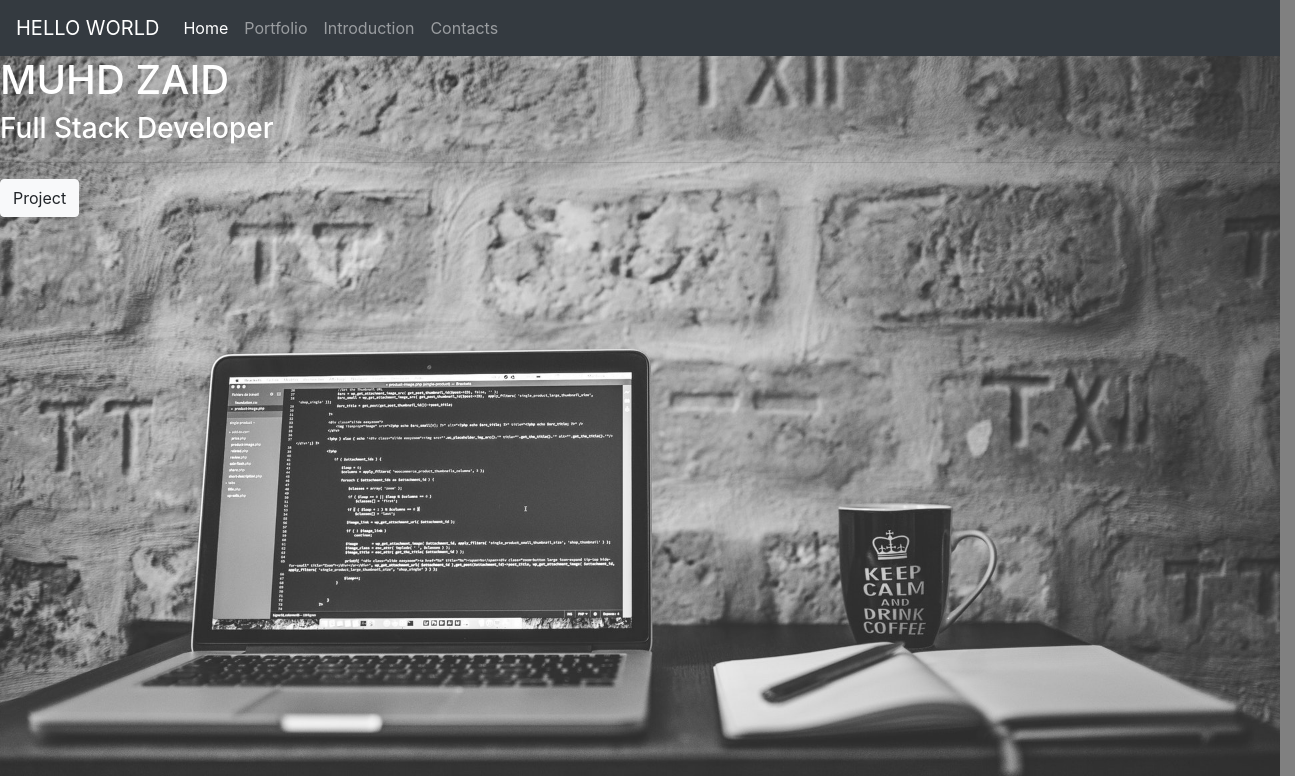
Repository: Code-Institute-Submissions/Zaidcoll-Project1
Page: index.html
The author's editor kept a record of every edit. The page is drawn from the files as they stood at one moment, then again after the next edit.
The browser window is 1280 px wide. The page is 1295 px wide, so the pictures cover 1295 px, including what lies to the right of the window. The pictures show the whole page.

Above is the page before.

After the next edit:
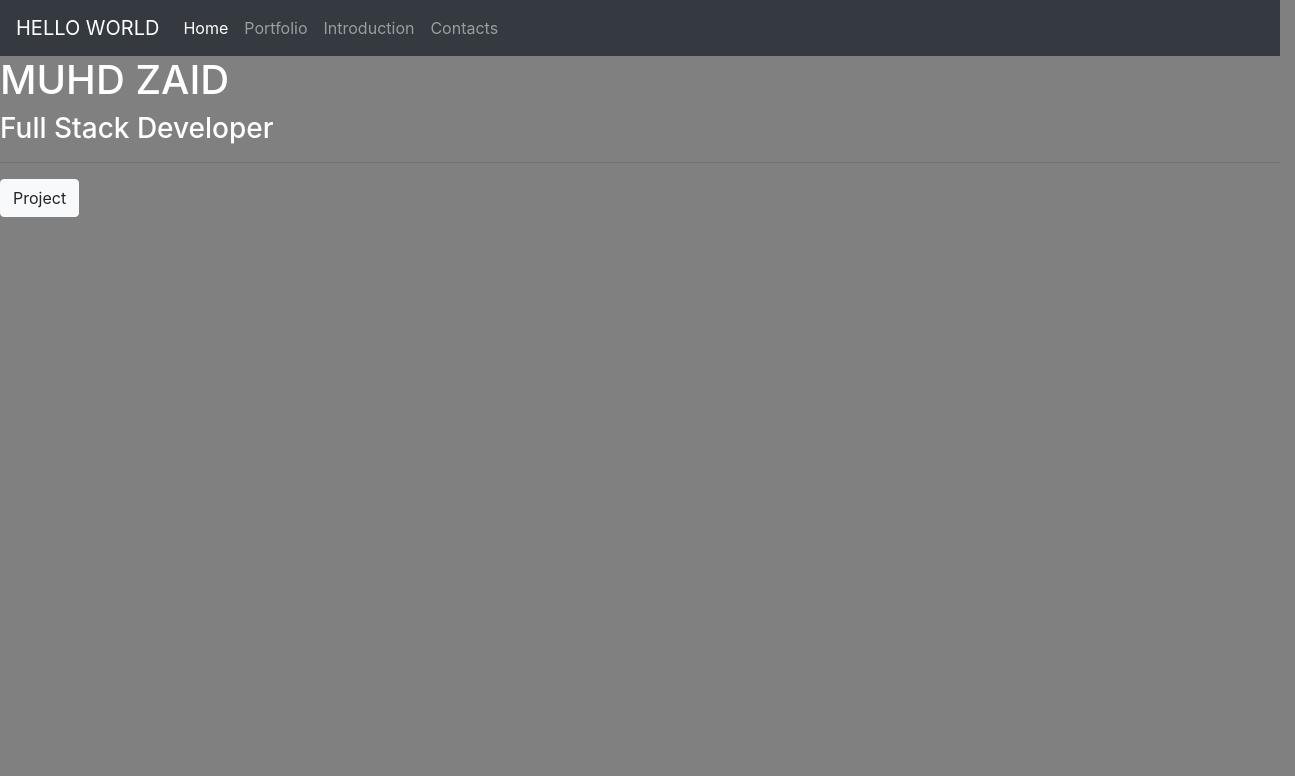
Not found: hero-image.jpg
The edit:
--- a/style.css
+++ b/style.css
@@ -4,7 +4,7 @@
 
 .hero{
   color:rgb(255, 255, 255);
-  background-image:url(Images/hero-image.jpg);
+  background-image:url(hero-image.jpg);
   height:100vh;
   background-size:cover;
   padding-bottom:10vh;
